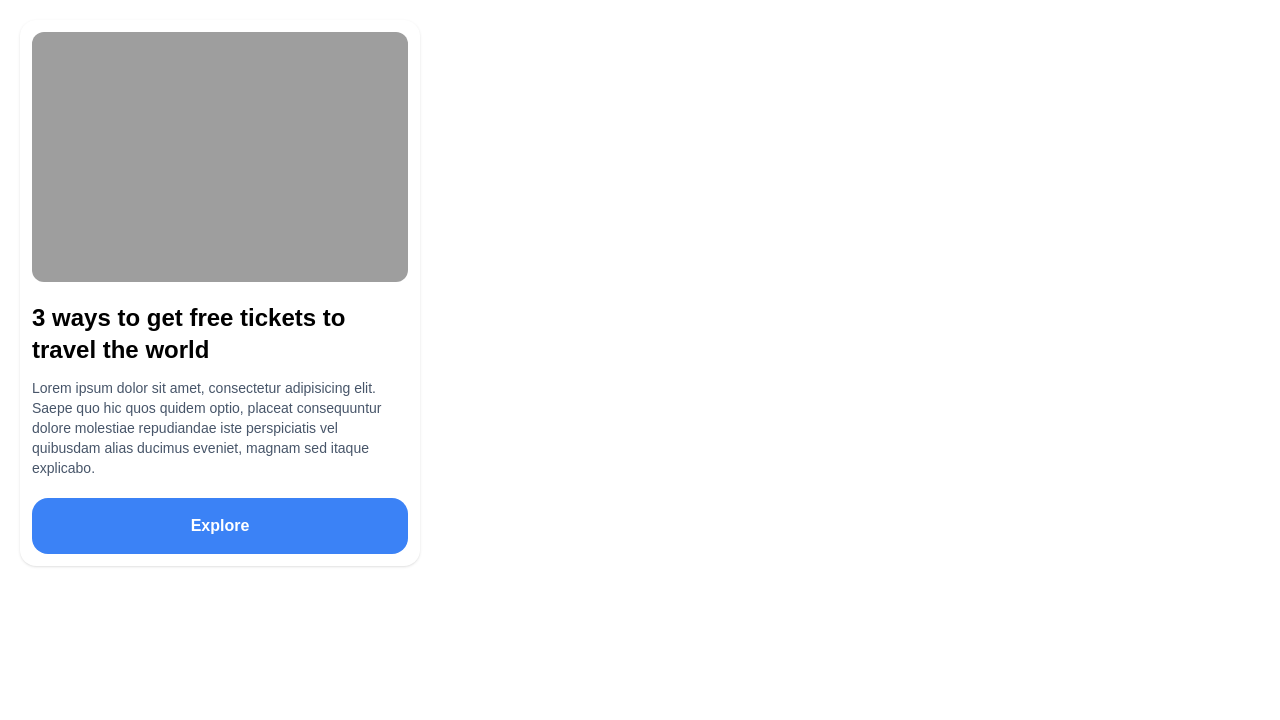
Repository: ngothiep2412/react-redux-course
Page: /
These files come from the project's save history. The page is drawn as it stood at one moment and after the next save; the edit follows.
The browser window is 1280 px wide. The pictures show the whole page.
Pictures or frames that could not be fetched are drawn as grey boxes. The project was rebuilt for these pictures with package versions that can differ from the ones it lists, and the page was loaded fresh each time. Also part of the build but not shown: src/App.css.

Above is the page before, as saved 2022-08-09 17:23:08.

### src/index.js
import React from "react";
import { createRoot } from "react-dom/client";
import App from "./App";
import reportWebVitals from "./reportWebVitals";
import "./index.css";
import { Provider } from "react-redux";
import store from "./redux-toolkit/configureStore";

const container = document.getElementById("root");
const root = createRoot(container);

root.render(
  <React.StrictMode>
    <Provider store={store}>
      <App />
    </Provider>
  </React.StrictMode>
);

// If you want to start measuring performance in your app, pass a function
// to log results (for example: reportWebVitals(console.log))
// or send to an analytics endpoint. Learn more: https://bit.ly/CRA-vitals
reportWebVitals();

### src/App.js
import React from "react";
import { useDispatch, useSelector } from "react-redux";
import "./App.css";
import Card from "./components/Card";
import { toggleDarkMode } from "./redux-toolkit/globalSlice";
import useDarkMode from "./hooks/useDarkMode";
import { useEffect } from "react";
function App() {
  const globalOption = useSelector((state) => state.global);
  console.log(globalOption);

  return (
    <div>
      <Card></Card>
    </div>
  );
}
function SwitchDarkMode() {
  const [darkMode, setDarkMode] = useDarkMode();
  const dispatch = useDispatch();
  useEffect(() => {
    dispatch(toggleDarkMode(darkMode));
    // eslint-disable-next-line react-hooks/exhaustive-deps
  }, []);
  const handleToggleDarkMode = () => {
    setDarkMode(!darkMode);
    dispatch(toggleDarkMode(!darkMode));
  };
  return <button onClick={handleToggleDarkMode}>Toggle dark mode</button>;
}
export default App;

### src/index.css
@tailwind base;
@tailwind components;
@tailwind utilities;
@layer base {
  body {
    padding: 20px;
    font-family: "DM sans", sans-serif;
  }
  input {
    outline: none;
  }
}

### src/redux-toolkit/configureStore.js
import { configureStore, combineReducers } from "@reduxjs/toolkit";
import counterSlice from "./counterSlice";
import globalSlice from "./globalSlice";

const reducer = combineReducers({
  counter: counterSlice,
  global: globalSlice,
});

const store = configureStore({
  reducer: reducer,
});

export default store;

### src/components/Card.js
import React from "react";

const Card = () => {
  return (
    <div className="w-[400px] bg-white p-3 rounded-2xl shadow dark:bg-slate-900">
      <div className="card-image h-[250px] mb-5">
        <img
          src="https://cdn.dribbble.com/users/2400293/screenshots/16378193/media/e9ad5ebe9dd6822be9ee622c7465d9e5.png?compress=1&resize=1200x900&vertical=top"
          alt=""
          className="object-cover w-full h-full rounded-xl"
        />
      </div>
      <div className="card-content">
        <h3 className="mb-3 text-2xl font-bold card-title dark:text-white">
          3 ways to get free tickets to travel the world
        </h3>
        <p className="mb-5 text-sm text-slate-600 card-desc dark:text-slate-100">
          Lorem ipsum dolor sit amet, consectetur adipisicing elit. Saepe quo
          hic quos quidem optio, placeat consequuntur dolore molestiae
          repudiandae iste perspiciatis vel quibusdam alias ducimus eveniet,
          magnam sed itaque explicabo.
        </p>
        <a
          href="/#"
          className="block p-4 font-semibold text-center text-white bg-blue-500 card-details rounded-2xl"
        >
          Explore
        </a>
      </div>
    </div>
  );
};

export default Card;

### src/redux-toolkit/globalSlice.js
import { createSlice } from "@reduxjs/toolkit";

const globalSlice = createSlice({
  name: "global",
  initialState: {
    darkMode: false,
  },
  reducers: {
    toggleDarkMode: (state, { payload }) => {
      return {
        ...state,
        darkMode: payload,
      };
    },
  },
});
export const { toggleDarkMode } = globalSlice.actions;
export default globalSlice.reducer;

### src/hooks/useDarkMode.js
import { useEffect } from "react";
import useLocalStorage from "./useLocalStorage";
import useMedia from "./useMedia";

export default function useDarkMode() {
  // Use our useLocalStorage hook to persist state through a page refresh.
  // Read the recipe for this hook to learn more: usehooks.com/useLocalStorage
  const [enabledState, setEnabledState] = useLocalStorage("dark-mode-enabled");
  // See if user has set a browser or OS preference for dark mode.
  // The usePrefersDarkMode hook composes a useMedia hook (see code below).
  // const prefersDarkMode = usePrefersDarkMode();
  // If enabledState is defined use it, otherwise fallback to prefersDarkMode.
  // This allows user to override OS level setting on our website.
  const enabled = typeof enabledState !== "undefined" ? enabledState : false;
  // Fire off effect that add/removes dark mode class
  useEffect(
    () => {
      const className = "dark";
      const element = window.document.documentElement;
      if (enabled) {
        element.classList.add(className);
      } else {
        element.classList.remove(className);
      }
    },
    [enabled] // Only re-call effect when value changes
  );
  // Return enabled state and setter
  return [enabled, setEnabledState];
}
// Compose our useMedia hook to detect dark mode preference.
// The API for useMedia looks a bit weird, but that's because ...
// ... it was designed to support multiple media queries and return values.
// Thanks to hook composition we can hide away that extra complexity!
// Read the recipe for useMedia to learn more: usehooks.com/useMedia
function usePrefersDarkMode() {
  return useMedia(["(prefers-color-scheme: dark)"], [true], false);
}

### src/redux-toolkit/counterSlice.js
import { createSlice } from "@reduxjs/toolkit";

const counterSlice = createSlice({
  name: "counter",
  initialState: {
    count: 0,
  },
  reducers: {
    increment: (state) => ({
      ...state,
      count: state.count + 1,
    }),
    decrement: (state) => ({
      ...state,
      count: state.count - 1,
    }),
    // incrementByAmount: (state, actions) => ({
    //   ...state,
    //   count: state.count + actions.payload,
    // }),
    incrementByAmount: (state, { payload }) => ({
      //Handle logic code here
      ...state,
      count: state.count + payload,
    }),
  },
});
//Action creators are generated for each case reducer function
export const { increment, decrement, incrementByAmount } = counterSlice.actions;
export default counterSlice.reducer;

### src/hooks/useLocalStorage.js
import { useState } from "react";

export default function useLocalStorage(key, initialValue) {
  // State to store our value
  // Pass initial state function to useState so logic is only executed once
  const [storedValue, setStoredValue] = useState(() => {
    if (typeof window === "undefined") {
      return initialValue;
    }
    try {
      // Get from local storage by key
      const item = window.localStorage.getItem(key);
      // Parse stored json or if none return initialValue
      return item ? JSON.parse(item) : initialValue;
    } catch (error) {
      // If error also return initialValue
      console.log(error);
      return initialValue;
    }
  });
  // Return a wrapped version of useState's setter function that ...
  // ... persists the new value to localStorage.
  const setValue = (value) => {
    try {
      // Allow value to be a function so we have same API as useState
      const valueToStore =
        value instanceof Function ? value(storedValue) : value;
      // Save state
      setStoredValue(valueToStore);
      // Save to local storage
      if (typeof window !== "undefined") {
        window.localStorage.setItem(key, JSON.stringify(valueToStore));
      }
    } catch (error) {
      // A more advanced implementation would handle the error case
      console.log(error);
    }
  };
  return [storedValue, setValue];
}

### src/hooks/useMedia.js
import { useEffect, useState } from "react";

export default function useMedia(queries, values, defaultValue) {
  // Array containing a media query list for each query
  const mediaQueryLists = queries.map((q) => window.matchMedia(q));
  // Function that gets value based on matching media query
  const getValue = () => {
    // Get index of first media query that matches
    const index = mediaQueryLists.findIndex((mql) => mql.matches);
    // Return related value or defaultValue if none
    return typeof values[index] !== "undefined" ? values[index] : defaultValue;
  };
  // State and setter for matched value
  const [value, setValue] = useState(getValue);
  useEffect(
    () => {
      // Event listener callback
      // Note: By defining getValue outside of useEffect we ensure that it has ...
      // ... current values of hook args (as this hook callback is created once on mount).
      const handler = () => setValue(getValue);
      // Set a listener for each media query with above handler as callback.
      mediaQueryLists.forEach((mql) => mql.addListener(handler));
      // Remove listeners on cleanup
      return () =>
        mediaQueryLists.forEach((mql) => mql.removeListener(handler));
    },
    [] // Empty array ensures effect is only run on mount and unmount
  );
  return value;
}

### src/components/Counter.js
import React from "react";
import { useSelector, useDispatch } from "react-redux";
import {
  decrement,
  increment,
  incrementByAmount,
} from "../redux-toolkit/counterSlice";
// import { decrement, increment, incrementByValue } from "../redux/counter";
const Counter = () => {
  const count = useSelector((state) => state.counter.count);
  const dispatch = useDispatch();
  const handleIncrement = () => {
    dispatch(increment());
  };
  const handleDecrement = () => {
    dispatch(decrement());
  };
  const handleIncrementByValue = () => {
    dispatch(incrementByAmount(10));
  };
  return (
    <div className="flex flex-col items-center p-5 bg-white shadow w-[400px] mx-auto mt-10">
      <h2 className="mb-5">Count: {count}</h2>
      <div className="flex items-center justify-center gap-x-5">
        <button
          className="inline-block p-2 border border-gray-200"
          onClick={handleIncrement}
        >
          Increment
        </button>
        <button
          className="inline-block p-2 border border-gray-200"
          onClick={handleDecrement}
        >
          Decrement
        </button>
        <button
          className="inline-block p-2 border border-gray-200"
          onClick={handleIncrementByValue}
        >
          Increase by 10
        </button>
      </div>
    </div>
  );
};

export default Counter;

Loaded but not shown: public/index.html (common file); src/reportWebVitals.js (common file); tailwind.config.js (common file)

After the next save:
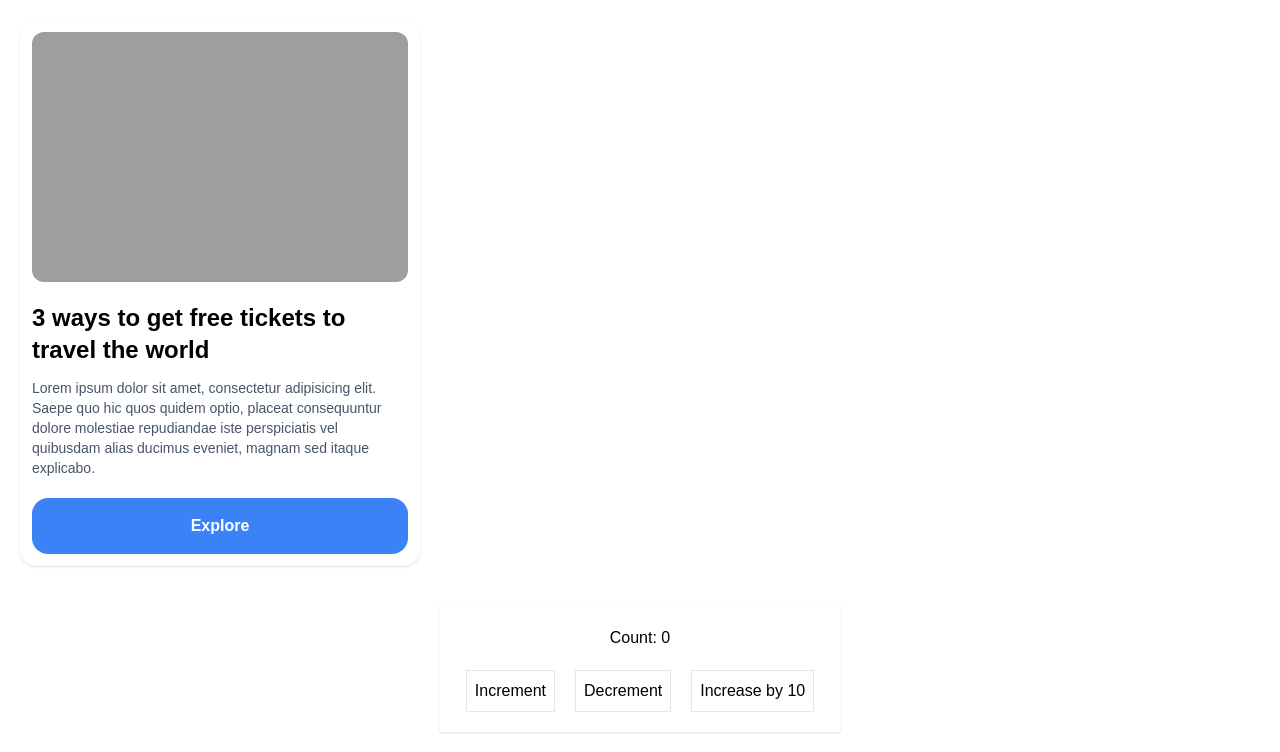
Saved 20 s later.
--- a/src/App.js
+++ b/src/App.js
@@ -5,6 +5,7 @@ import Card from "./components/Card";
 import { toggleDarkMode } from "./redux-toolkit/globalSlice";
 import useDarkMode from "./hooks/useDarkMode";
 import { useEffect } from "react";
+import Counter from "./components/Counter";
 function App() {
   const globalOption = useSelector((state) => state.global);
   console.log(globalOption);
@@ -12,6 +13,7 @@ function App() {
   return (
     <div>
       <Card></Card>
+      <Counter></Counter>
     </div>
   );
 }
